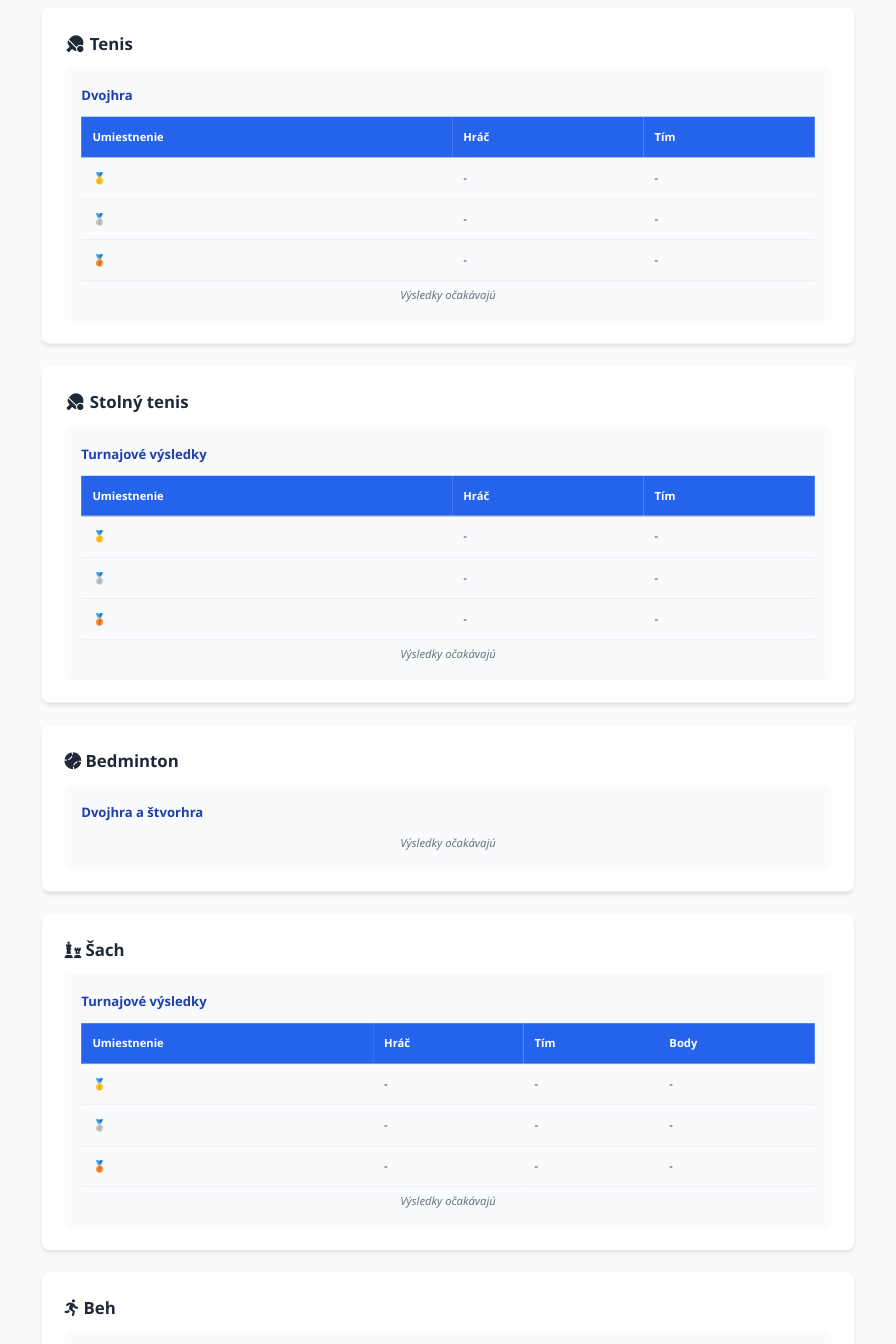
Repository: samiljimari/SHMU-web
Page: results.html
These files come from the project's save history. The page is drawn as it stood at one moment and after the next save; the edit follows.
The browser window is 1280 px wide. The pictures show the part of the page from y = 1364 to 3284 px (the page is 3811 px tall), at 70% of full size.

Above is the page before, as saved 2026-01-13 12:22:34.

### results.html
<!DOCTYPE html>
<html lang="sk">
<head>
    <meta charset="UTF-8">
    <meta name="viewport" content="width=device-width, initial-scale=1.0">
    <title>Výsledky - Športové hry SHMÚ 2026</title>
    <link rel="stylesheet" href="https://cdnjs.cloudflare.com/ajax/libs/font-awesome/6.5.1/css/all.min.css">
    <link rel="stylesheet" href="css/style.css">
</head>
<body>
    <header>
        <nav class="navbar">
            <div class="container">
                <div class="logo">
                    <h1>Športové hry 2026</h1>
                </div>
                <ul class="nav-menu">
                    <li><a href="index.html">Úvod</a></li>
                    <li><a href="sports.html">Športy</a></li>
                    <li><a href="info.html">Informácie</a></li>
                    <li><a href="results.html" class="active">Výsledky</a></li>
                    <li><a href="gallery.html">Galéria</a></li>
                    <li><a href="history.html">História</a></li>
                </ul>
                <div class="hamburger">
                    <span></span>
                    <span></span>
                    <span></span>
                </div>
            </div>
        </nav>
    </header>

    <main>
        <section class="page-header">
            <div class="container">
                <h1>Výsledky a poradie</h1>
                <p>Výsledky súťaží zo Športových hier 2026</p>
            </div>
        </section>

        <section class="results-content">
            <div class="container">
                <div class="overall-standings">
                    <h2><i class="fas fa-trophy"></i> Celkové poradie</h2>
                    <table class="results-table">
                        <thead>
                            <tr>
                                <th>Poradie</th>
                                <th>Tím</th>
                                <th>Zlato</th>
                                <th>Striebro</th>
                                <th>Bronz</th>
                                <th>Celkové body</th>
                            </tr>
                        </thead>
                        <tbody>
                            <tr>
                                <td>1</td>
                                <td>SHMÚ</td>
                                <td class="medal-gold">-</td>
                                <td class="medal-silver">-</td>
                                <td class="medal-bronze">-</td>
                                <td>-</td>
                            </tr>
                            <tr>
                                <td>2</td>
                                <td>ČHMÚ</td>
                                <td class="medal-gold">-</td>
                                <td class="medal-silver">-</td>
                                <td class="medal-bronze">-</td>
                                <td>-</td>
                            </tr>
                        </tbody>
                    </table>
                    <p class="results-note"><em>Výsledky budú aktualizované počas podujatia</em></p>
                </div>

                <div class="sport-results">
                    <h2><i class="fas fa-futbol"></i> Futbal</h2>
                    <div class="result-box">
                        <h3>Konečný výsledok</h3>
                        <p class="score-display">
                            <span class="team">SHMÚ</span>
                            <span class="score">- : -</span>
                            <span class="team">ČHMÚ</span>
                        </p>
                        <p class="status">Výsledky očakávajú</p>
                    </div>
                </div>

                <div class="sport-results">
                    <h2><i class="fas fa-volleyball-ball"></i> Volejbal</h2>
                    <div class="result-box">
                        <h3>Konečný výsledok</h3>
                        <p class="score-display">
                            <span class="team">SHMÚ</span>
                            <span class="score">- : -</span>
                            <span class="team">ČHMÚ</span>
                        </p>
                        <p class="status">Výsledky očakávajú</p>
                    </div>
                </div>

                <div class="sport-results">
                    <h2><i class="fas fa-table-tennis"></i> Tenis</h2>
                    <div class="result-box">
                        <h3>Dvojhra</h3>
                        <table class="results-table">
                            <thead>
                                <tr>
                                    <th>Umiestnenie</th>
                                    <th>Hráč</th>
                                    <th>Tím</th>
                                </tr>
                            </thead>
                            <tbody>
                                <tr>
                                    <td>🥇</td>
                                    <td>-</td>
                                    <td>-</td>
                                </tr>
                                <tr>
                                    <td>🥈</td>
                                    <td>-</td>
                                    <td>-</td>
                                </tr>
                                <tr>
                                    <td>🥉</td>
                                    <td>-</td>
                                    <td>-</td>
                                </tr>
                            </tbody>
                        </table>
                        <p class="status">Výsledky očakávajú</p>
                    </div>
                </div>

                <div class="sport-results">
                    <h2><i class="fas fa-table-tennis"></i> Stolný tenis</h2>
                    <div class="result-box">
                        <h3>Turnajové výsledky</h3>
                        <table class="results-table">
                            <thead>
                                <tr>
                                    <th>Umiestnenie</th>
                                    <th>Hráč</th>
                                    <th>Tím</th>
                                </tr>
                            </thead>
                            <tbody>
                                <tr>
                                    <td>🥇</td>
                                    <td>-</td>
                                    <td>-</td>
                                </tr>
                                <tr>
                                    <td>🥈</td>
                                    <td>-</td>
                                    <td>-</td>
                                </tr>
                                <tr>
                                    <td>🥉</td>
                                    <td>-</td>
                                    <td>-</td>
                                </tr>
                            </tbody>
                        </table>
                        <p class="status">Výsledky očakávajú</p>
                    </div>
                </div>

                <div class="sport-results">
                    <h2><i class="fas fa-baseball-ball"></i> Bedminton</h2>
                    <div class="result-box">
                        <h3>Dvojhra a štvorhra</h3>
                        <p class="status">Výsledky očakávajú</p>
                    </div>
                </div>

                <div class="sport-results">
                    <h2><i class="fas fa-chess"></i> Šach</h2>
                    <div class="result-box">
                        <h3>Turnajové výsledky</h3>
                        <table class="results-table">
                            <thead>
                                <tr>
                                    <th>Umiestnenie</th>
                                    <th>Hráč</th>
                                    <th>Tím</th>
                                    <th>Body</th>
                                </tr>
                            </thead>
                            <tbody>
                                <tr>
                                    <td>🥇</td>
                                    <td>-</td>
                                    <td>-</td>
                                    <td>-</td>
                                </tr>
                                <tr>
                                    <td>🥈</td>
                                    <td>-</td>
                                    <td>-</td>
                                    <td>-</td>
                                </tr>
                                <tr>
                                    <td>🥉</td>
                                    <td>-</td>
                                    <td>-</td>
                                    <td>-</td>
                                </tr>
                            </tbody>
                        </table>
                        <p class="status">Výsledky očakávajú</p>
                    </div>
                </div>

                <div class="sport-results">
                    <h2><i class="fas fa-running"></i> Beh</h2>
                    <div class="result-box">
                        <h3>Dráhové disciplíny</h3>
                        <p class="status">Výsledky očakávajú</p>
                    </div>
                </div>
            </div>
        </section>
    </main>

    <footer>
        <div class="container">
            <div class="footer-logos">
                <img src="logoCHMI_white.png" alt="ČHMÚ Logo">
                <img src="logoSHMI_white.png" alt="SHMÚ Logo">
            </div>
            <p>&copy; 2026 Slovenský hydrometeorologický ústav</p>
            <p>XXXII. športové hry SHMÚ & ČHMÚ</p>
        </div>
    </footer>

    <script src="js/script.js"></script>
</body>
</html>

Loaded but not shown: js/script.js (157 lines, source omitted); css/style.css (920 lines, source omitted)

After the next save:
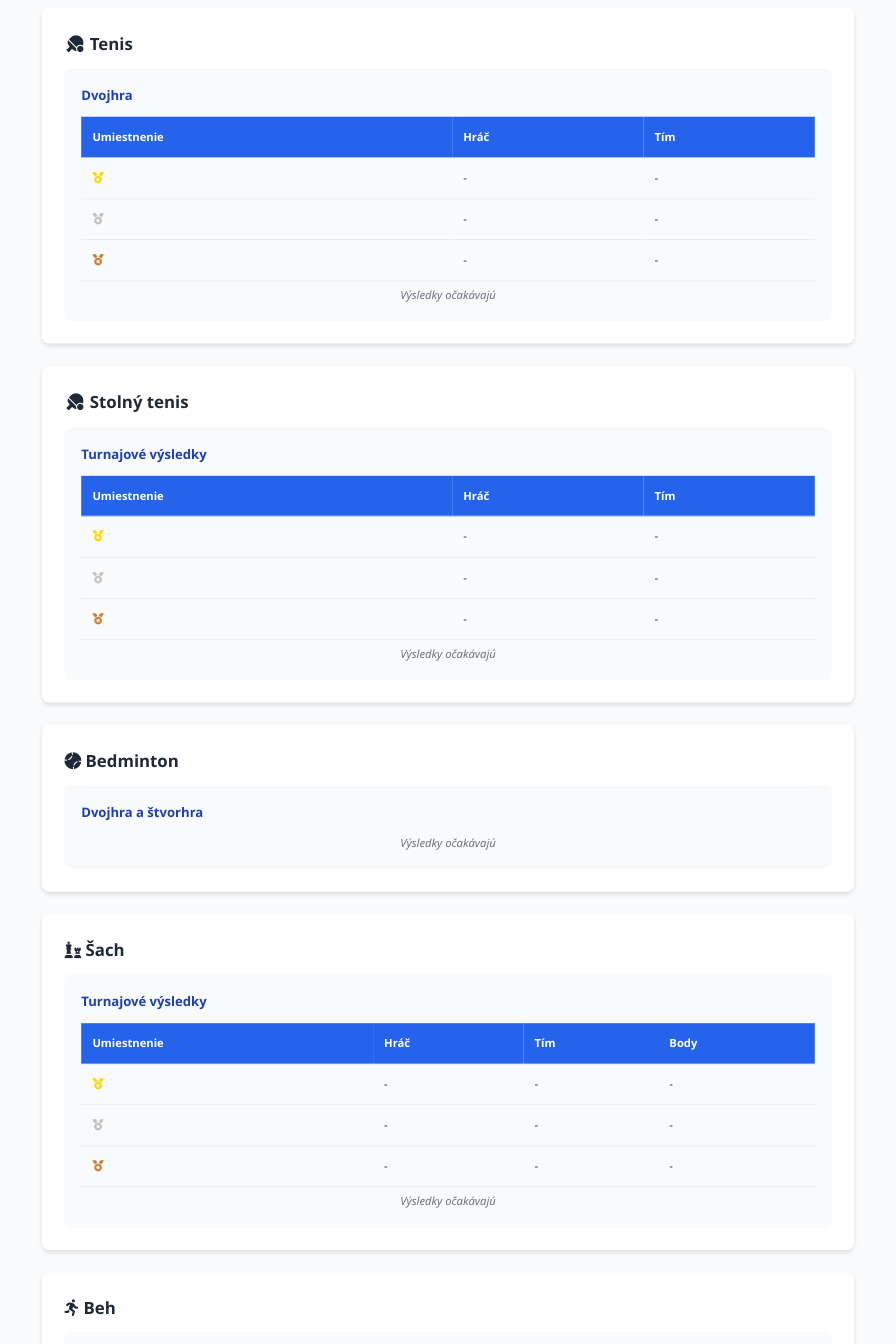
Saved 28 s later.
--- a/results.html
+++ b/results.html
@@ -116,17 +116,17 @@
                             </thead>
                             <tbody>
                                 <tr>
-                                    <td>🥇</td>
-                                    <td>-</td>
-                                    <td>-</td>
-                                </tr>
-                                <tr>
-                                    <td>🥈</td>
-                                    <td>-</td>
-                                    <td>-</td>
-                                </tr>
-                                <tr>
-                                    <td>🥉</td>
+                                    <td><i class="fas fa-medal" style="color: #FFD700;"></i></td>
+                                    <td>-</td>
+                                    <td>-</td>
+                                </tr>
+                                <tr>
+                                    <td><i class="fas fa-medal" style="color: #C0C0C0;"></i></td>
+                                    <td>-</td>
+                                    <td>-</td>
+                                </tr>
+                                <tr>
+                                    <td><i class="fas fa-medal" style="color: #CD7F32;"></i></td>
                                     <td>-</td>
                                     <td>-</td>
                                 </tr>
@@ -150,17 +150,17 @@
                             </thead>
                             <tbody>
                                 <tr>
-                                    <td>🥇</td>
-                                    <td>-</td>
-                                    <td>-</td>
-                                </tr>
-                                <tr>
-                                    <td>🥈</td>
-                                    <td>-</td>
-                                    <td>-</td>
-                                </tr>
-                                <tr>
-                                    <td>🥉</td>
+                                    <td><i class="fas fa-medal" style="color: #FFD700;"></i></td>
+                                    <td>-</td>
+                                    <td>-</td>
+                                </tr>
+                                <tr>
+                                    <td><i class="fas fa-medal" style="color: #C0C0C0;"></i></td>
+                                    <td>-</td>
+                                    <td>-</td>
+                                </tr>
+                                <tr>
+                                    <td><i class="fas fa-medal" style="color: #CD7F32;"></i></td>
                                     <td>-</td>
                                     <td>-</td>
                                 </tr>
@@ -193,19 +193,19 @@
                             </thead>
                             <tbody>
                                 <tr>
-                                    <td>🥇</td>
-                                    <td>-</td>
-                                    <td>-</td>
-                                    <td>-</td>
-                                </tr>
-                                <tr>
-                                    <td>🥈</td>
-                                    <td>-</td>
-                                    <td>-</td>
-                                    <td>-</td>
-                                </tr>
-                                <tr>
-                                    <td>🥉</td>
+                                    <td><i class="fas fa-medal" style="color: #FFD700;"></i></td>
+                                    <td>-</td>
+                                    <td>-</td>
+                                    <td>-</td>
+                                </tr>
+                                <tr>
+                                    <td><i class="fas fa-medal" style="color: #C0C0C0;"></i></td>
+                                    <td>-</td>
+                                    <td>-</td>
+                                    <td>-</td>
+                                </tr>
+                                <tr>
+                                    <td><i class="fas fa-medal" style="color: #CD7F32;"></i></td>
                                     <td>-</td>
                                     <td>-</td>
                                     <td>-</td>
